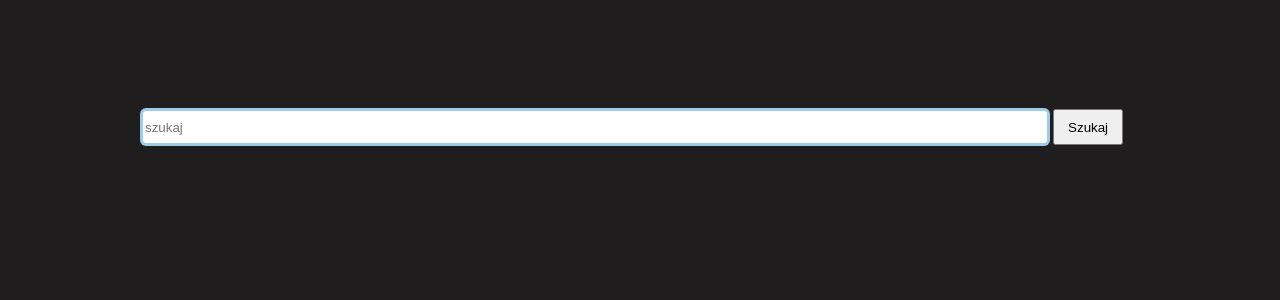
Repository: kq333/wyszukiarka-filmowa
Page: index.html
These files come from the project's save history. The page is drawn as it stood at one moment and after the next save; the edit follows.
The browser window is 1280 px wide. The pictures show the whole page.
The style sheet was rebuilt from its Sass, Less or Tailwind sources for each picture, by a compiler version that may differ from the author's.

Above is the page before, as saved 2021-01-20 22:41:34.

### index.html
<!DOCTYPE html>
<!--[if lt IE 7]>      <html class="no-js lt-ie9 lt-ie8 lt-ie7"> <![endif]-->
<!--[if IE 7]>         <html class="no-js lt-ie9 lt-ie8"> <![endif]-->
<!--[if IE 8]>         <html class="no-js lt-ie9"> <![endif]-->
<!--[if gt IE 8]>      <html class="no-js"> <!--<![endif]-->
<html>
    <head>
        <meta charset="utf-8">
        <meta http-equiv="X-UA-Compatible" content="IE=edge">
        <title></title>
        <meta name="description" content="">
        <meta name="viewport" content="width=device-width, initial-scale=1">
        <link rel="stylesheet" href="style/style.css">
        <link rel="preconnect" href="https://fonts.gstatic.com">
        <link href="https://fonts.googleapis.com/css2?family=Lato:wght@100;400&display=swap" rel="stylesheet">
    </head>


    <body>
        <!--[if lt IE 7]>
            <p class="browsehappy">You are using an <strong>outdated</strong> browser. Please <a href="#">upgrade your browser</a> to improve your experience.</p>
        <![endif]-->

        <main>
            <div id="container">
                    <div class="searchBar">
                        <input id="search" type="text" placeholder="szukaj" onfocus="this.value=''">
                        <button id="btn">Szukaj</button>
                    </div>

                        <div class="movieTitle"></div>

                            <div class="mainContent">
                                <div class="leftSide">
                                    <div class="poster"></div>
                                </div>

                                    <div class="rightSide">
                                        <div class="director">
                                            <span class="NameD"></span>
                                            <span class="DirectorName"></span>
                                        </div>
                                            <div class="Actors">
                                                <span class="NameA"></span>
                                                <span class="ActorsName"></span>
                                            </div>
                                                <div class="Country">
                                                    <span class="NameC"></span>
                                                    <span class="CountryName"></span>
                                                </div>
                                                    <div class="Year">
                                                        <span class="NameY"></span>
                                                        <span class="YearName"></span>
                                                    </div>
                                                        <div class="Genre">
                                                            <span class="NameG"></span>
                                                            <span class="GenreName"></span>
                                                        </div>
                                                            <div class="Plot">
                                                                <span class="NameP"></span>
                                                                <span class="PlotName"></span>
                                                            </div>
                                                                <div class="Rating">
                                                                    <span class="NameR"></span>
                                                                    <span class="RatingName"></span>
                                                                </div>
                                    </div>
                            </div>
            </div>

            <footer>
                <div class="description"></div>
            </footer>
        </main>

        <script src="script.js" async>

        </script>
    </body>
</html>

### script.js
const btn = document.getElementById("btn");

btn.addEventListener('click', ()=>{

    let search = document.getElementById("search").value;


  /*  function validateForm() {
        const x = document.getElementById("search").value;
        if (x == "") {


          return false;
        }
      }

      validateForm()


*/


 document.querySelector(".poster").innerHTML ="";


 const url =   'http://www.omdbapi.com/?apikey=7bd5b2c8&t=';

  const result  = url + search;
  fetch(result)

  .then((res)=>{
      return res.json();
  })

  .then((data)=>{
     document.querySelector(".movieTitle").innerHTML = data.Title;
     document.querySelector(".NameD").innerHTML = "Reżyser:";
     document.querySelector(".DirectorName").innerHTML = data.Director;
     document.querySelector(".NameA").innerHTML = "Występują:";
     document.querySelector(".ActorsName").innerHTML = data.Actors;
     document.querySelector(".NameC").innerHTML = "Kraj:";
     document.querySelector(".CountryName").innerHTML = data.Country;
     document.querySelector(".NameY").innerHTML = "Rok:";
     document.querySelector(".YearName").innerHTML = data.Released;
     document.querySelector(".NameG").innerHTML = "Gatunek:";
     document.querySelector(".GenreName").innerHTML = data.Genre;
     document.querySelector(".NameP").innerHTML = "Opis:";
     document.querySelector(".PlotName").innerHTML = data.Plot;
     document.querySelector(".NameR").innerHTML = "Ocena Imdb:";
     document.querySelector(".RatingName").innerHTML = data.imdbRating;




    let poster = data.Poster;

      createImage = () =>{
          const elem = document.createElement("img")
          document.querySelector(".poster").appendChild(elem);
          elem.src = poster;
      }
      createImage();
  })

 .catch((error)=>{
     alert(error)
 });





});

### style/style.scss
body{
    background-color: rgb(31, 29, 29);
    font-family: 'Lato', sans-serif;
}

@mixin NameProperty{
    text-transform: uppercase;
    font-size: 20px;
    font-weight: bold;
    letter-spacing: 2px;


}

@mixin rightSideProperty{
    text-transform: uppercase;
    font-size: 20px;

}

@mixin description{
    height: auto;
    width: auto;
    margin-bottom: 10px;

}


#container{
    width:1000px;
    height: auto;
    margin:auto;
    display:grid;
    grid-template-columns: auto;
    grid-template-areas:"searchBar"
                        "movieTitle"

                        ;





.searchBar{
    grid-area:searchBar;
    margin:auto;
    margin-top:100px;
    width:1000px;

    #search{
        width: 90%;
        height: 30px;
        border-radius: 6px;
        border:3px solid rgba(84, 172, 223, 0.6);
    }

    #btn{
        width: 70px;
        height: 36px;
    }


}

.movieTitle{
    grid-area: movieTitle;
    margin:auto;
    margin-top:50px;
    margin-bottom: 50px;
    font-size: 60px;
    letter-spacing: 6px;
    text-transform: uppercase;

}


.mainContent{
    width:1000px;
    margin:auto;
    display:grid;
    gap:10px;
    grid-template-columns: 40% 60%;
    grid-template-areas:"leftSide rightSide" ;


    .leftSide{
        grid-area:leftSide;

        .poster{
            width:490px;
            margin-left: 20px;

            img{
                width:auto;
                height:50vh;
            }

        }

    }


    .rightSide{

        grid-area:rightSide;
        margin:auto;



        .director{
            @include description;


            .NameD{

                @include NameProperty;

            }

            .DirectorName{
                @include rightSideProperty;


            }
        }

        .Actors{
            @include description;


            .NameA{

                @include NameProperty;

            }

            .ActorsName{
                @include rightSideProperty;


            }
        }

        .Country{
            @include description;

            .NameC{

                @include NameProperty;

            }

            .CountryName{
                @include rightSideProperty;


            }
        }

        .Year{
            @include description;

            .NameY{

                @include NameProperty;

            }

            .YearName{
                @include rightSideProperty;


            }
        }

        .Genre{
            @include description;

            .NameG{

                @include NameProperty;

            }

            .GenreName{
                @include rightSideProperty;


            }
        }

        .Plot{
            @include description;

            .NameP{

                @include NameProperty;

            }

            .PlotName{
                @include rightSideProperty;


            }
        }

        .Rating{
            @include description;

            .NameR{

                @include NameProperty;

            }

            .RatingName{
                @include rightSideProperty;


            }
        }
    }
}
};

After the next save:
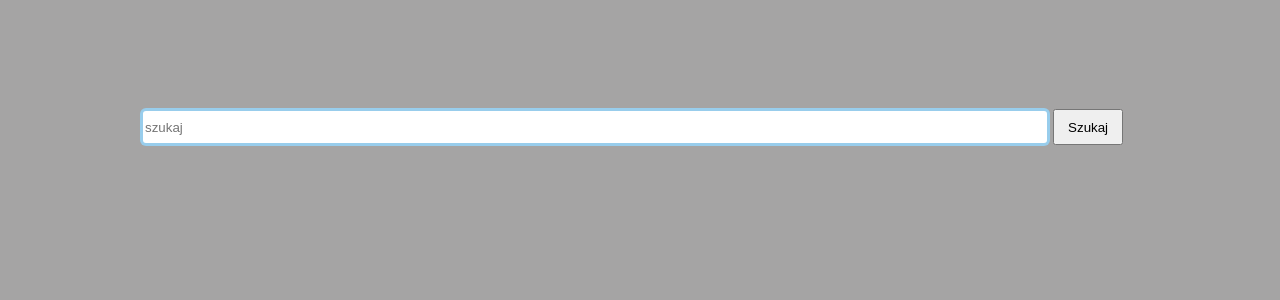
Saved 20 s later.
--- a/style/style.scss
+++ b/style/style.scss
@@ -1,5 +1,5 @@
 body{
-    background-color: rgb(31, 29, 29);
+    background-color: rgba(31, 29, 29, 0.4);
     font-family: 'Lato', sans-serif;
 }
 
